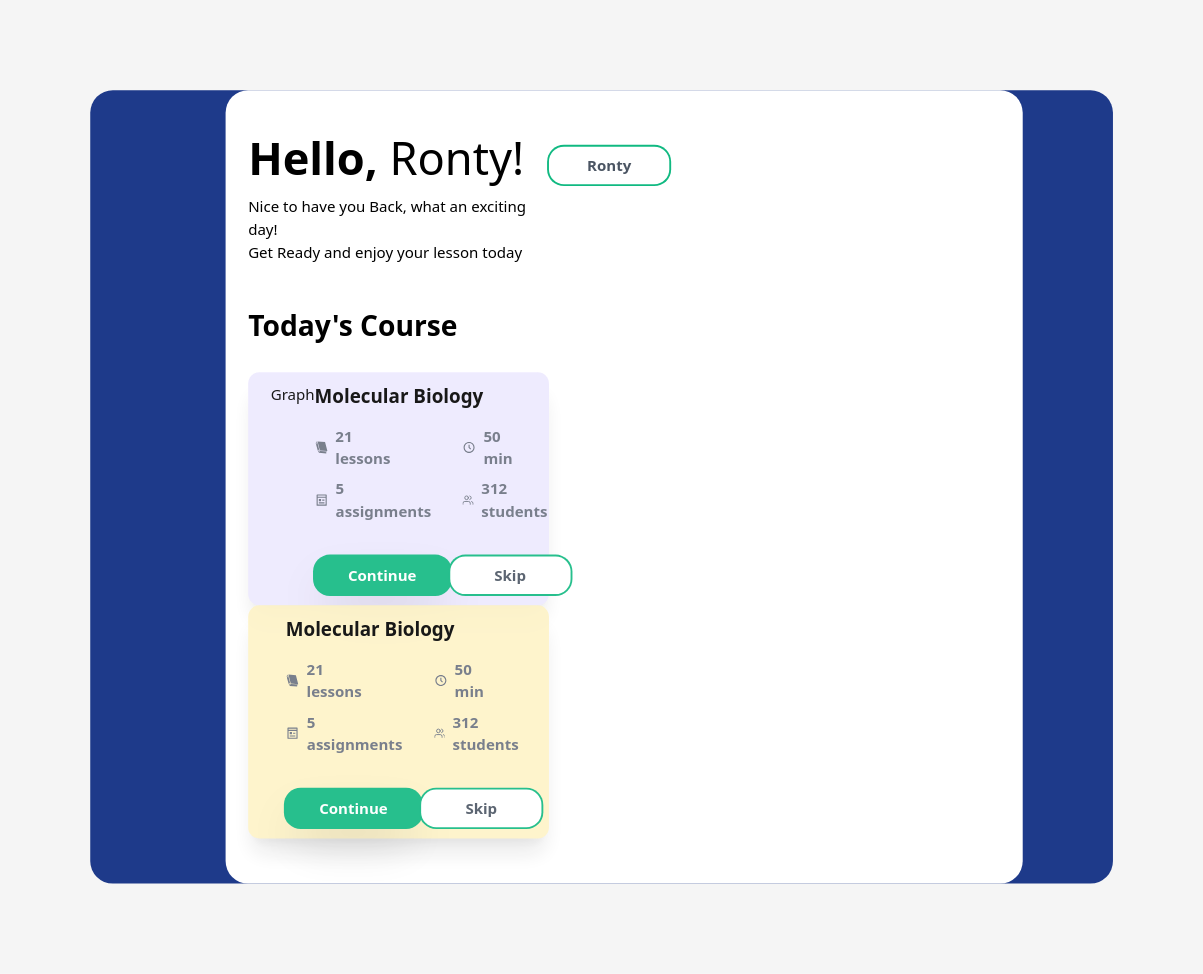
Repository: coolronts/Vite-Tailwind
Page: /
An editor plug-in stored every save of this project. The page is shown before and after the next save, followed by the edit.
The browser window is 1280 px wide. The pictures show the whole page, at 94% of full size.
The project was rebuilt for these pictures with package versions that can differ from the ones it lists, and the page was loaded fresh each time. Also part of the build but not shown: vite.config.js.

Above is the page before, as saved 2021-11-26 13:56:53.

### src/App.jsx
import './App.css'

import {Course, Intro} from './Section'
import { PrimaryButton, SecondaryButton } from './components/Button'

import Class from './Section/Class'
import {PrimaryCard} from './components/Card'
import SplitScreen from './components/SplitScreen'

function App() {

  return (

    <div className="App ">
      <div className="pl-12 bg-blue-900 m-24 rounded-3xl">
      <div className="bg-white my-12 mx-24 rounded-3xl px-6 py-12">
      <SplitScreen leftWeight = 'w-2/5'>
        <div id="left">
          <Intro/>
          <div id="course">
            <p className="text-3xl font-bold  font-sans mb-8">Today's Course</p>
            <PrimaryCard>
              <Course/>
            </PrimaryCard>
            <PrimaryCard color="yellow">
              <Class/>
            </PrimaryCard>
          </div>
        </div>

        <div id="right">
          <SecondaryButton name="Ronty"/>
        </div>


        </SplitScreen>
        </div>
      </div>
      </div>
  )
}

export default App

### src/Section/index.js
import Course from "./Course";
import Intro from "./Intro";

export { Intro, Course };

### src/components/Button/index.jsx
import React from 'react'

export const PrimaryButton = ({name}) =>{
  return (
    <button className="bg-green-500 w-36 py-2 ring-2 ring-green-500 text-white text-md font-semibold shadow-2xl rounded-2xl mt-3">
      {name}
    </button>
  )
}

export const SecondaryButton = ({name}) =>{
  return (
    <button className="bg-white w-32 py-2 ring-2 ring-green-500 text-gray-600 text-md font-semibold  rounded-2xl mt-3">
      {name}
    </button>
  )
}

### src/Section/Class/index.jsx
import {PrimaryButton, SecondaryButton} from '../../components/Button'

import { BiTimeFive } from 'react-icons/bi'
import {FiUsers} from 'react-icons/fi'
import { GiWhiteBook } from 'react-icons/gi'
import React from 'react'
import { RiPagesLine } from 'react-icons/ri'
import SplitScreen from '../../components/SplitScreen'

export default function Class({
  course = "Molecular Biology",
  lessons = "21",
  assignments = "5",
  time = "50",
  students = "312"
}) {
  return (
    <SplitScreen leftWeight = 'w-1/3 mr-4' rightWeight = 'w-full'>
      <div id="left" className="flex flex-col justify-center h-full ">
        <img className="rounded-2xl" src="data:[embedded picture, 7543 characters]" alt=""/>
      </div>
      <div id="right">
        <h4 className="font-bold text-xl mb-4">{course}</h4>
        <div className="flex flex-col w-5/6">
          <div className="flex  text-gray-500 font-semibold mb-2">
            <p className="flex items-center mr-16"> <GiWhiteBook className="mr-2"/>  {lessons} lessons</p>
            <p className="flex items-center"> <BiTimeFive className="mr-2"/>  {time} min</p>
          </div>
          <div className="flex  text-gray-500 font-semibold text-left">
            <p className="flex items-center mr-8"> <RiPagesLine className="mr-2"/>  {assignments} assignments</p>
            <p className="flex items-center"> <FiUsers className="mr-2"/>  {students} students</p>
          </div>
        </div>
        <div className="flex justify-around mt-6">
          <PrimaryButton name="Continue" />
          <SecondaryButton name="Skip" />
        </div>
      </div>
    </SplitScreen>
  )
}

### src/components/Card/index.jsx
import React from 'react'

export const PrimaryCard =({children, color="purple"}) => {
  return (
    <div className={`bg-${color}-100 py-3 px-6 rounded-xl shadow-xl opacity-90`}>
      {children}
    </div>
  )
}

### src/components/SplitScreen/index.jsx
import PropTypes from 'prop-types'
import React from "react"
import tw from "tailwind-styled-components"

const Container = tw.div`${(props) => props.weight}`;

const Pane = tw.div`${(props) => props.weight}`;

const SplitScreen = ({
	children,
	containerWeight = 'flex w-full',
  leftWeight = 'w-1/2',
	rightWeight = 'w-1/2',
}) => {
	const [left, right] = children;
	return (
		<Container className={containerWeight}>
			<Pane className={leftWeight}>
				{left}
			</Pane>
			<Pane className={rightWeight}>
				{right}
			</Pane>
		</Container>
	);
}

export default SplitScreen

SplitScreen.propTypes = {
	children: PropTypes.arrayOf(PropTypes.node).isRequired,
	containerWeight: PropTypes.string,
	leftWeight: PropTypes.string,
	rightWeight: PropTypes.string,
}

### src/Section/Course/index.jsx
import {PrimaryButton, SecondaryButton} from '../../components/Button'

import {BiTimeFive} from 'react-icons/bi'
import {FiUsers} from 'react-icons/fi'
import { GiWhiteBook } from 'react-icons/gi'
import React from 'react'
import { RiPagesLine } from 'react-icons/ri'
import SplitScreen from '../../components/SplitScreen'

export default function Course({
  course = "Molecular Biology",
  lessons = "21",
  assignments = "5",
  time = "50",
  students = "312"
}) {
  return (
    <SplitScreen leftWeight = 'w-1/5' rightWeight = 'w-full'>
      <div id="left">
        Graph
      </div>
      <div id="right">
        <h4 className="font-bold text-xl mb-4">{course}</h4>
        <div className="flex flex-col w-5/6">
          <div className="flex  text-gray-500 font-semibold mb-2">
            <p className="flex items-center mr-16"> <GiWhiteBook className="mr-2"/>  {lessons} lessons</p>
            <p className="flex items-center"> <BiTimeFive className="mr-2"/>  {time} min</p>
          </div>
          <div className="flex  text-gray-500 font-semibold text-left">
            <p className="flex items-center mr-8"> <RiPagesLine className="mr-2"/>  {assignments} assignments</p>
            <p className="flex items-center"> <FiUsers className="mr-2"/>  {students} students</p>
          </div>
        </div>
        <div className="flex justify-around mt-6">
          <PrimaryButton name="Continue" />
          <SecondaryButton name="Skip" />
        </div>
      </div>
    </SplitScreen>
  )
}

### src/Section/Intro/index.jsx
import React from 'react'

export default function Intro({name}) {
  return (
    <div className="mb-12">
      <h3 className="text-5xl font-sans font-bold mb-4">Hello, <span className="font-light">Ronty!</span> </h3>
      <div className="font-semibold tracking-wide text-gray-500">

      </div>
      <h5>Nice to have you Back, what an exciting day!</h5>
      <h5>Get Ready and enjoy your lesson today</h5>
    </div>
  )
}

Loaded but not shown: index.html (common file); src/main.jsx (common file); src/index.css (common file); src/App.css (common file); tailwind.config.js (common file)

After the next save:
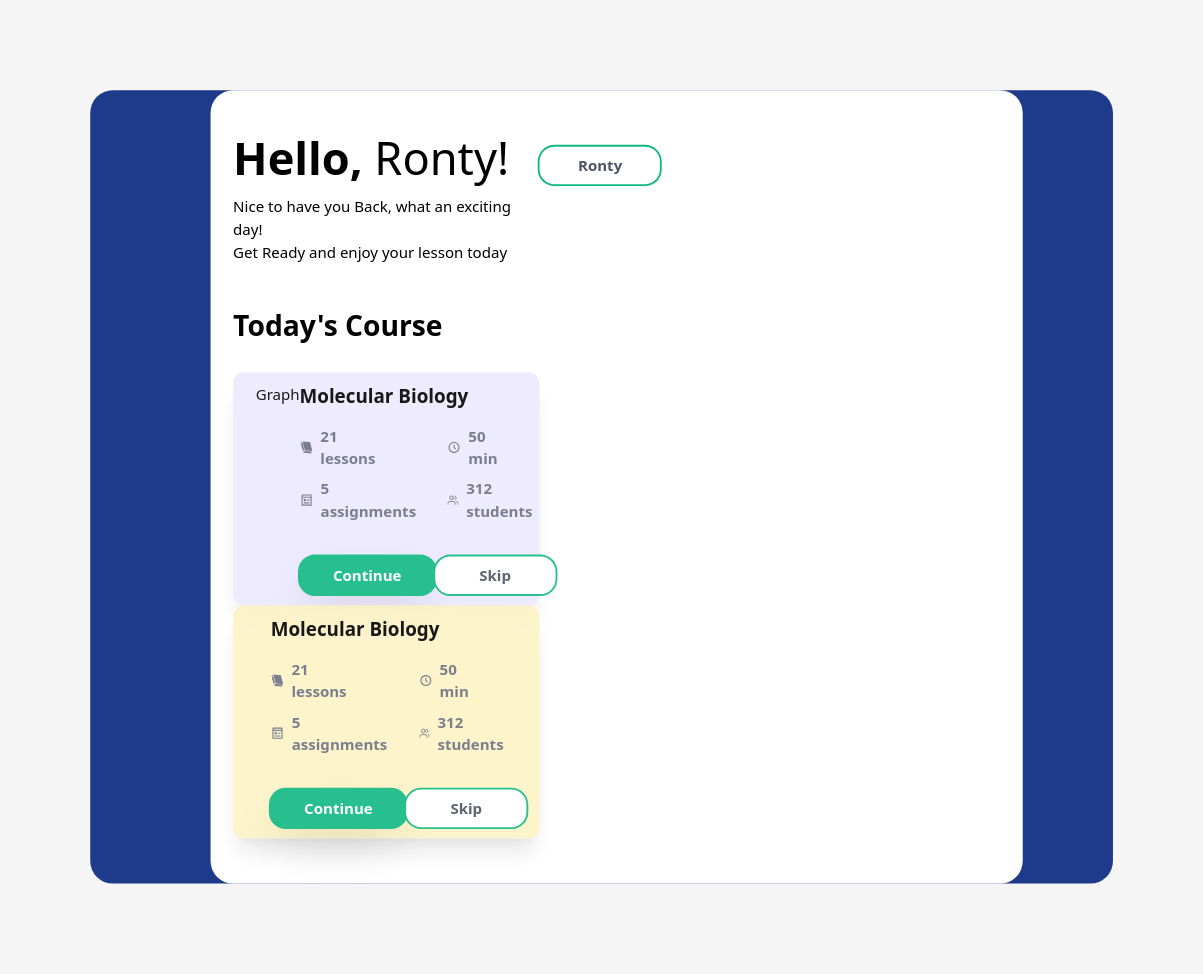
Saved 4 s later.
--- a/src/App.jsx
+++ b/src/App.jsx
@@ -12,7 +12,7 @@ function App() {
   return (
 
     <div className="App ">
-      <div className="pl-12 bg-blue-900 m-24 rounded-3xl">
+      <div className="pl-8 bg-blue-900 m-24 rounded-3xl">
       <div className="bg-white my-12 mx-24 rounded-3xl px-6 py-12">
       <SplitScreen leftWeight = 'w-2/5'>
         <div id="left">
